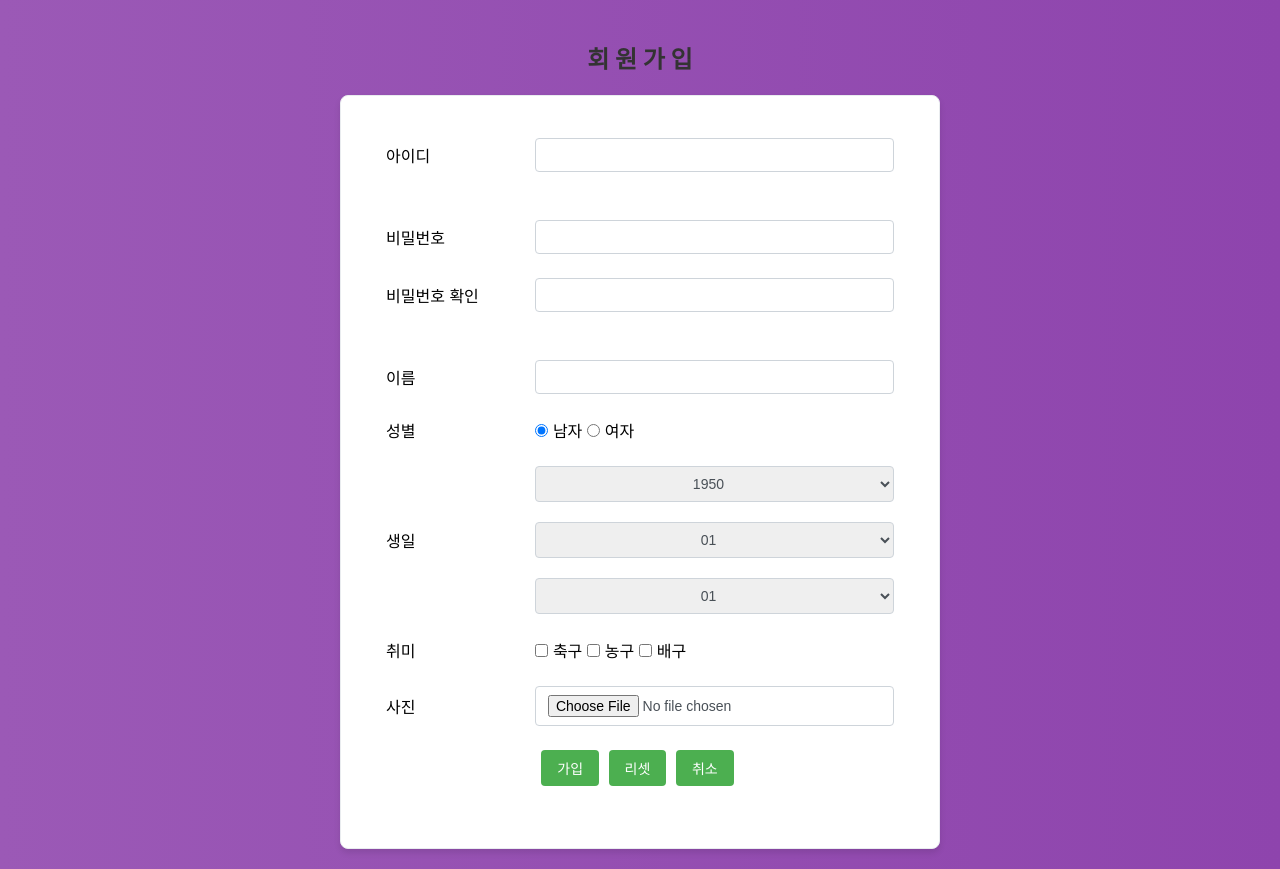
Repository: 1plus1equals3-true/Board-temp
Page: http://localhost/jsp/member/Join.jsp
The author's editor kept a copy of each file at every save. The page is drawn from the files as they stood at one save, then again after the next save.
The browser window is 1280 px wide. The pictures show the whole page.
The page is served by Tomcat 9.

Above is the page before, as saved 2025-09-16 02:26:46.

After the next save:
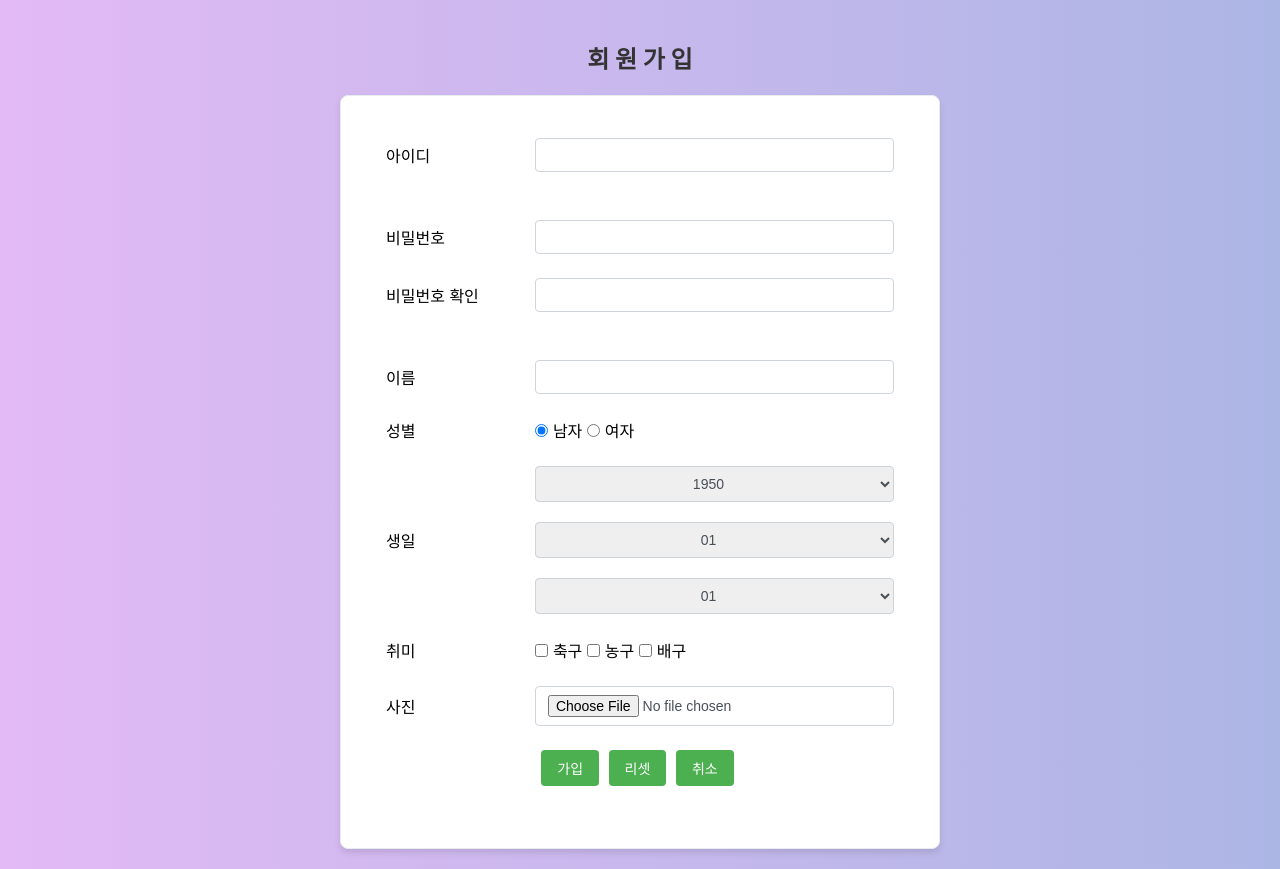
Saved 55 s later.
--- a/jsp/src/main/webapp/member/Join.jsp
+++ b/jsp/src/main/webapp/member/Join.jsp
@@ -18,7 +18,7 @@
 }
 
 body {
-    background: linear-gradient(to right, #9B59B6, #8E44AD);
+    background: linear-gradient(to right, #e3baf5, #ACB6E5);
     font-family: -apple-system, BlinkMacSystemFont, "Segoe UI", Roboto, "Helvetica Neue", Arial, sans-serif;
 }
 
